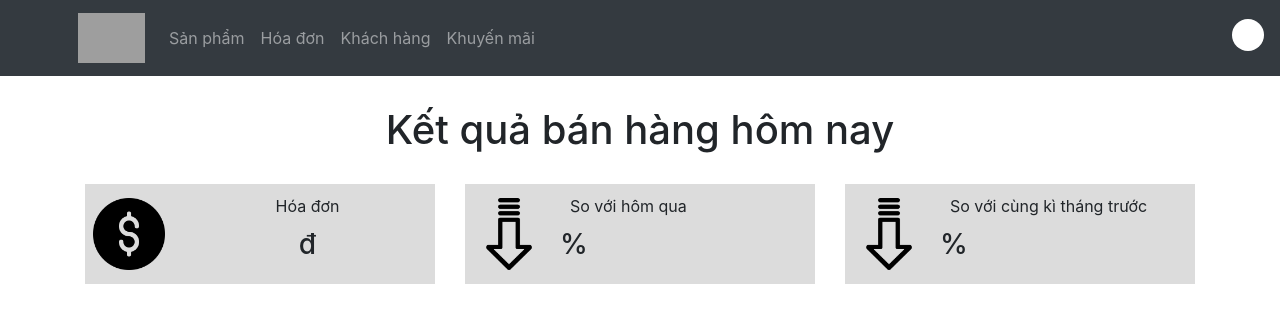
Repository: nksinh51018/THCS2
Page: http://localhost/WebBanGiay2/WEB-INF/views/AdminView.jsp
An editor plug-in stored every save of this project. The page is shown before and after the next save, followed by the edit.
The browser window is 1280 px wide. The pictures show the whole page.
The page is served by Tomcat 9. Nobody is signed in. The template is opened directly, without the code that normally fills it, so the values that code supplies are empty.

Above is the page before, as saved 2020-06-05 06:32:33.

After the next save:
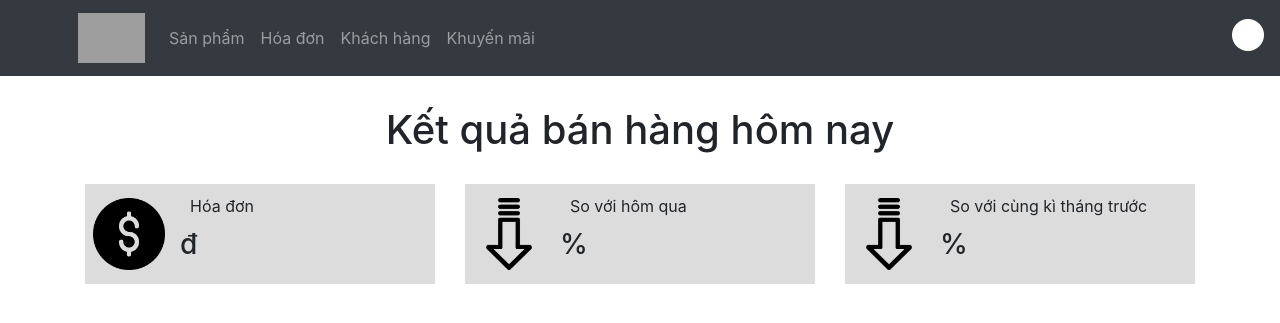
Saved 49 s later.
--- a/WebBanGiay2/src/main/webapp/WEB-INF/views/AdminView.jsp
+++ b/WebBanGiay2/src/main/webapp/WEB-INF/views/AdminView.jsp
@@ -18,7 +18,7 @@
 
 			<div class="col-md-4">
 
-				<div style="background-color: #dcdcdc;height: 100px;margin: auto;text-align: center;">
+				<div style="background-color: #dcdcdc;height: 100px;margin: auto">
 					<div class="row">
 						<div class="col-md-3" style="padding-right: 0px">
 							<img style="width: 100%;background-size: cover;padding-left: 8px;padding-top: 14px" src='<c:url value="/resources/image/money.png" />' />
